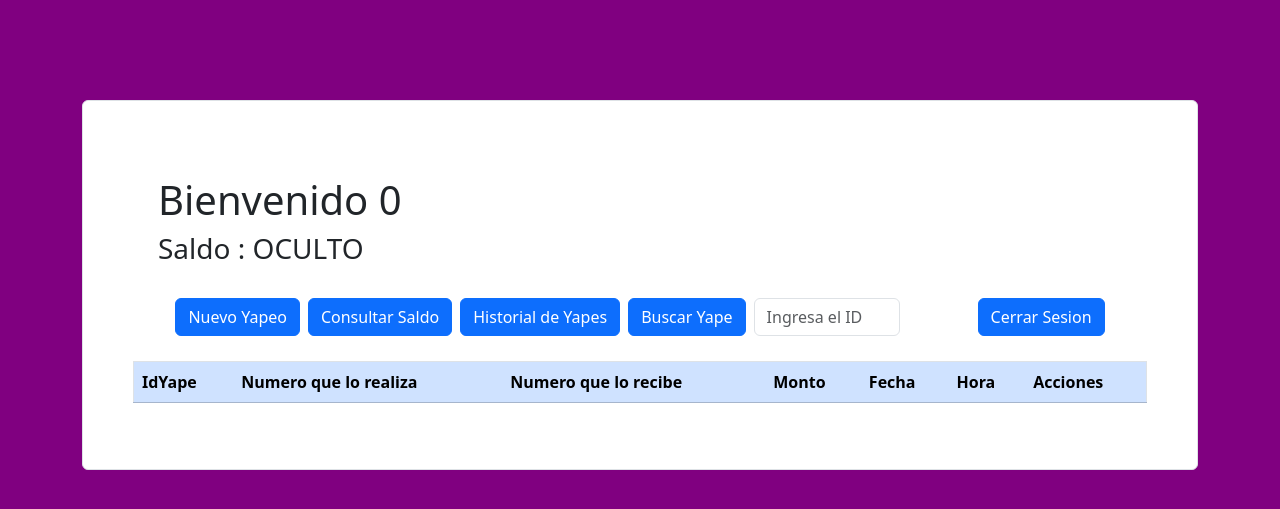
Repository: Gimblet/LP1_Proyecto_Yape
Page: http://localhost/Yape/clientDashboard.jsp
The author's editor kept a copy of each file at every save. The page is drawn from the files as they stood at one save, then again after a run of saves.
The browser window is 1280 px wide. The pictures show the whole page.
The page is served by Tomcat 9. Queries for data that is not in the repository find no rows.

Above is the page before, as saved 2024-05-03 20:05:23.

After the next 2 saves:
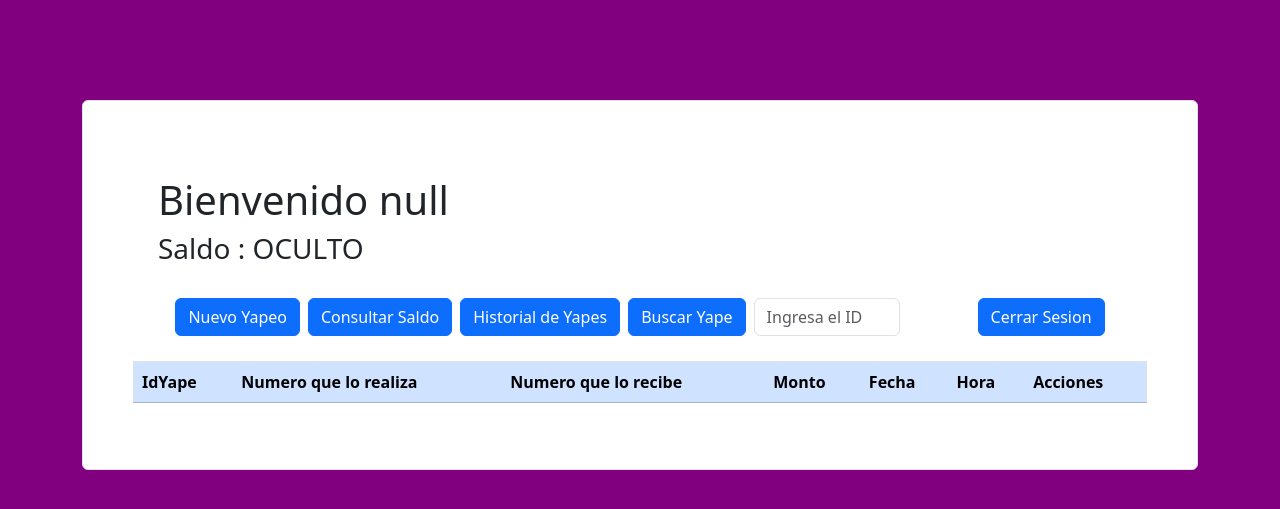
The 2 saves are shown as one change because they came seconds apart.
The last was saved 4 min 6 s later.
--- a/Yape/src/main/webapp/clientDashboard.jsp
+++ b/Yape/src/main/webapp/clientDashboard.jsp
@@ -79,7 +79,7 @@
 			<section id="servlet-btn">
 				<h1>
 					Bienvenido
-					<%=metodo.obtenerUsuario()%></h1>
+					<%=metodo.obtenerNombre()%></h1>
 				<h3>
 					Saldo :
 					<%
